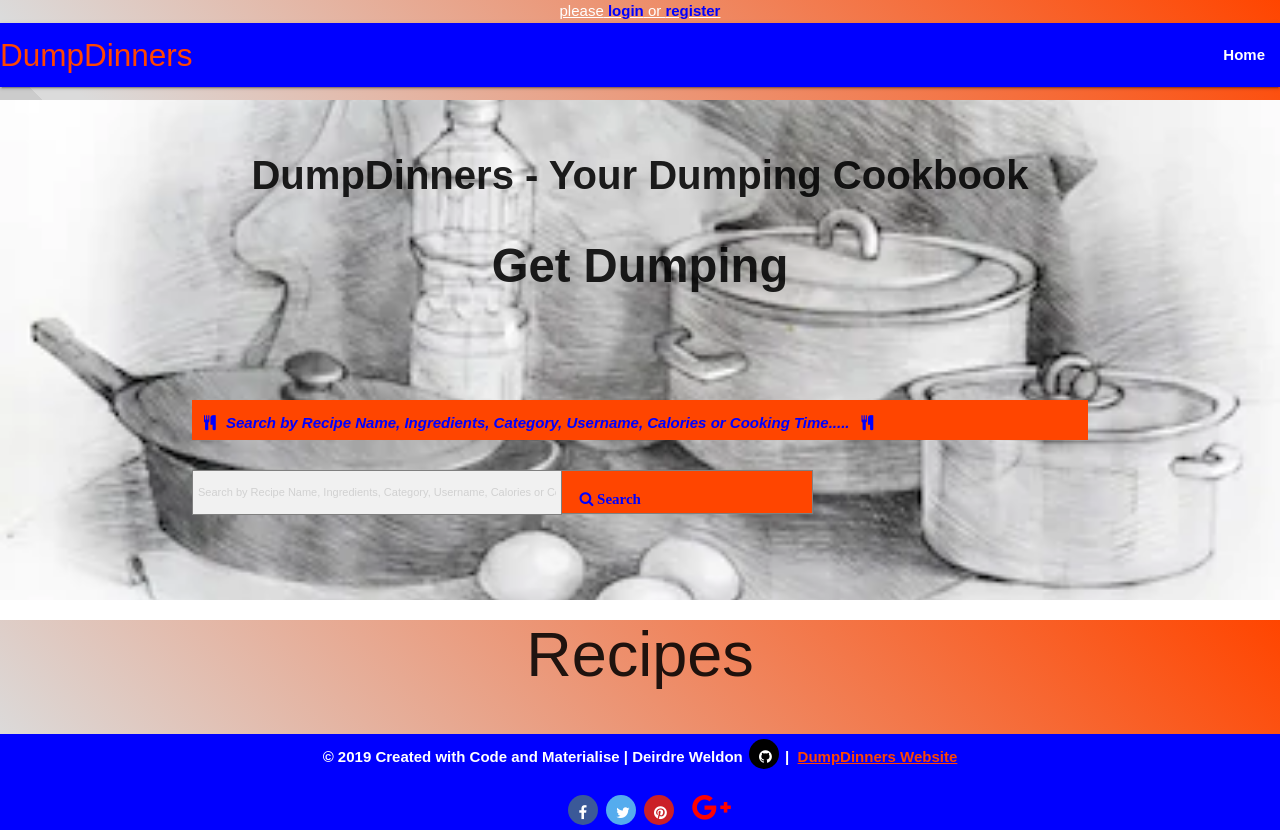
Repository: Deirdre18/dumpdinners-recipe-app
Page: http://localhost/
The author's editor kept a record of every edit. The page is drawn from the files as they stood at one moment, then again after the next edit.
The browser window is 1280 px wide. The pictures show the whole page.
Some web libraries are served in a nearby version. The page is served by the project's application, run on Flask 3 (app.py). Queries for data that is not in the repository find no rows.

Above is the page before.

### templates/allrecipes1.html
{% extends "base.html" %} {% block content %}

<h1 class="title">Recipes</h1>
{#{{referred to https://github.com/pierceoneill/code-institute-milestone-project-04/blob/master/templates/recipes.html for recipe-cards code.}}#}



<div id="recipe-cards" class="row">
    {% for recipe in recipes %}
    <div class="col s12 m4 l3 recipe-card" data-date="{{recipe.date_added}}">

        <div class="card-heading">

            <div class="card-title" style="text-align:center">
                <h6><span id="recipe_name" name="recipe_name"><i><strong>{{recipe.recipe_name}}</i></strong></span></h6>

            </div>
        </div>
        <strong><i class="fa fa-eye" aria-hidden="true" style="color:blue;font-size: 15px">&nbsp&nbsp{{recipe.views}}</i></strong>&nbsp&nbsp&nbsp&nbsp&nbsp&nbsp&nbsp&nbsp&nbsp&nbsp&nbsp&nbsp&nbsp&nbsp&nbsp&nbsp&nbsp
        <strong><i class="fa fa-heart" aria-hidden="true" style="color:red; font-size: 15px">&nbsp&nbsp{{recipe.likes}}</i></strong><br>
        <strong><i class="fa fa-cutlery"aria-hidden="true" style="color:blue;font-size: 15px">&nbsp&nbsp{{recipe.category_name}}</i><strong>


        <div class="card-image">
            <img src="{{recipe.image}}" width="200" height="200" style="margin-top" : 40%;>
        </div>


        <div class="card-body" style="white-space:normal">

            <p id="short_description"></p><strong><em>{{recipe.short_description}}</strong></em>
            </p>

        </div>

        <h6 class="view-and-share"><strong> View and Share!</strong>
        </h6>
        <p class=shares "col s4 m3 l3" style="white-space:normal">

            <i class="fa fa-facebook" aria-hidden="true"></i>
            <i class="fa fa-twitter" aria-hidden="true" style="color: light-blue"></i>
             <i class="fa fa-pinterest" aria-hidden="true"></i>
             <i class="fa fa-google-plus" style="font-size:30px; color:red"></i>
        </p>

        <div class="card-footer" style="white-space:normal">



            <div class="card-action">
                <a href="/recipe/{{ recipe._id }}"> <button class="btn waves-effect waves-light" type="submit" style="background-color:orangered" name="action">See More
                <i class="material-icons right">view_list</i>
             </button></a>
                <br><br><br>

            </div>

        </div>




        <!-- more display -->
    </div>
    {% endfor %}

    {% endblock %}

### templates/base.html
<!DOCTYPE html>
<html>

<head>
    <!--referred to this link for downloading bootstrap, as well as previous CI tutorials - https://forums.fedoraforum.org/showthread.php?314148-How-to-download-bootstrap-->

    <meta charset="UTF-8">
    <meta name="viewport" content="width=device-width, user-scalable=no, initial-scale=1.0, maximum-scale=1.0, minimum-scale=1.0">
    <meta http-equiv="X-UA-Compatible" content="ie=edge">
    <title>{{ title }} - DumpDinners</title>
    <link href="https://fonts.googleapis.com/icon?family=Material+Icons" rel="stylesheet">
    <link rel="stylesheet" href="https://cdnjs.cloudflare.com/ajax/libs/materialize/0.100.2/css/materialize.min.css">
    <link rel="stylesheet" href="{{url_for('static', filename='social-share-kit.css')}}" type="text/css" />
    <link rel="stylesheet" href="{{url_for('static', filename='styles.css')}}" type="text/css" />

    <!--referred to this for favicon - https://www.flaticon.com/-->

    <link rel="icon" type="image/ico" href="/static/images/favicon.ico" />
    <link rel="stylesheet" href="https://cdnjs.cloudflare.com/ajax/libs/font-awesome/4.7.0/css/font-awesome.min.css">

    <style>
        body {
            font-family: Arial;
        }
        * {
            box-sizing: border-box;
        }
        form.example input[type=text] {
            padding: 5px;
            font-size: 11px;
            border: 1px solid grey;
            float: left;
            width: 4%;
            height: 1%;
            background: #f1f1f1;
        }
        form.example button {
            float: left;
            width: 2%;
            height: 2%;
            padding: 5px;
            background: #2196F3;
            color: white;
            font-size: 11px;
            border: 1px solid grey;
            border-left: none;
            cursor: pointer;
        }
        form.example button:hover {
            background: #0b7dda;
        }
        form.example::after {
            content: "";
            clear: both;
            display: table;
        }
    </style>



</head>

<body>

    <style scoped>
        .pattern {
            min-height: 100px;
        }
        #stripes4 {
            background-image: repeating-linear-gradient(45deg, #ccc, #ccc 30px, #dbdbdb 30px, #dbdbdb 60px, orangered);
        }
    </style>

    <!--to give background gradient color, referred to https://www.quackit.com/css/codes/patterns/css_background_stripes.cfm-->

    <div id="stripes4" class="pattern">


        <!--referred to code from Spence Barribal's github project for username in session below (Student at Code Institute).-->

        {% if 'username' in session %}
        <div class="text-light font-italic bg-dark pt-2 pr-4" style="text-align:center; color:blue"><strong>welcome back, {{ session['username'] }}</strong>
        </div>

        <!--Referred to stack overflow article on centering anchors.-->

        <div class="display:block; text-align: center">
            <a href="{{ url_for('add_recipe') }}" <button class="btn waves-effect waves-light" type="submit" style="background-color:orangered" name="action"><strong>Add Recipe</strong>
                <i class="material-icons right">playlist_add</i>
             </button></div></a>



            <div class="display:block; text-align: center">
                <a href="{{ url_for( 'logout') }}" style="text-decoration:underline; color:blue; text-align:center,color:blue"><strong>Logout</strong></a>
            </div>

            <div class="display:block; text-align: center">
                <a href="{{ url_for( 'allrecipes') }}" style="text-decoration:underline;color:blue; text-align:center"><strong>Home</strong></a>

            </div>

            {% else %}

            <div class="login" style="text-align:center;text-decoration:underline; color:white">please<a href="{{ url_for('login') }}" style="color:blue"><strong> login</a></strong> or <a href="{{ url_for('register') }}" style="color:blue"><strong> register</strong></a>
            </div>
            {% endif %}

            <nav>
                <div class="nav-wrapper">
                    <a class="brand-logo" style="color:orangered">DumpDinners</a>
                    <a href="#" data-activates="mobile-demo" class="button-collapse"><i class="material-icons">menu</i></a>
                    <ul id="nav-mobile" class="right hide-on-med-and-down">

                        {% if 'username' not in session %}

                        <li class="nav-item">
                            <a href="{{ url_for('index') }}" style="color:white"><strong>Home</a></strong>
                        </li>


                        {% endif %}

                    </ul>
                </div>

            </nav>
            <!--referred to https://www.w3schools.com/howto/howto_css_search_button.asp-->

            {% if 'username' in session %}
            <ul class="sidenav" id="mobile-demo">
                <li class="nav-item">
                    <a href="{{ url_for('allrecipes') }}" style="color:orangered;text-decoration:underline"><strong>Home</strong></a>
                </li>
                {% endif %}


            </ul>
        </div>

        <div id="index-banner" class="parallax-container">
            <div class="section no-pad-bot">
                <div class="container">

                    <div class="parallax">
                        <img src="{{ url_for('static', filename='uploads/' + 'still-life.jpg') }}">
                    </div>

                    <h2 class="header center" class="header"><small><strong>DumpDinners - Your Dumping Cookbook</strong></small></h2>

                    <h1 class="header center" class="header"><small><strong>Get Dumping</strong></small></h1>
                    <br><br><br>


                    <!--/*referred to https://www.w3schools.com/howto/howto_css_search_button.asp*/-->

                    <div class="search-container">

                         <h6 class="lead-search" style="background-color:orangered; color:blue; text-align:left"><strong><i><i class="fa fa-cutlery" style="font-size: 15px"></i>Search by Recipe Name, Ingredients, Category, Username, Calories or Cooking Time.....</i></strong><i class="fa fa-cutlery" style="font-size: 15px"></i></h6><br>


                         <form class="example" action="{{ url_for('search') }}">
                            <input type="text" placeholder="Search by Recipe Name, Ingredients, Category, Username, Calories or Cooking Time...." required name="query" style="margin-top:1px; width:40%; height:3em !important" style="color:black">
                            <div id="search">
                                <button type="submit" style="margin-top:1px; width:28%; height:4em !important; background-color:orangered"><strong><i class="fa fa-search" style="font-size:15px;float:left;color:blue"><strong>&nbspSearch</strong></i></button>
                            </div>

                            </form>

                    </div>
                </div>
            </div>
            <!--Referred to this link for adding photos dynamically. https://stackoverflow.com/questions/40877272/jinja2-not-displaying-the-images-->
        </div>
        <div id="stripes4" class="pattern">
            {% block content %}{% endblock %}
        </div>
        <script src="https://ajax.googleapis.com/ajax/libs/jquery/3.4.1/jquery.min.js"></script>
        <script src="https://cdnjs.cloudflare.com/ajax/libs/jquery/3.2.1/jquery.min.js"></script>
        <script src="https://cdnjs.cloudflare.com/ajax/libs/materialize/0.100.2/js/materialize.min.js"></script>
        <!--<script src="assets/js/social-share-kit.js"></script>-->
        <!--<script src="assets/js/social-share-kit.min.js"></script>-->
        <script type="text/javascript">
            $(document).ready(function() {
                $(".button-collapse").sideNav();
            });
        </script>
        <script type="text/javascript">
            $('.datepicker').pickadate({
                selectMonths: true, // Creates a dropdown to control month
                selectYears: 15, // Creates a dropdown of 15 years to control year,
                today: 'Today',
                clear: 'Clear',
                close: 'Ok',
                closeOnSelect: false // Close upon selecting a date,
            });
        </script>
        <script>
            $(document).ready(function() {
                $('.parallax').parallax();
            });
        </script>
        <!-- jquery to activate buttons -->
        <script type="text/javascript">
            $(document).ready(function() {
                $('.collapsible').collapsible();
                $('select').material_select();
            });
        </script>
        <!--// to create footer referred to https://www.w3schools.com/howto/tryit.asp?filename=tryhow_css_fixed_footer. For flexible footer referred to https://materializecss.com/footer.html // decided to make footer fixed rather than flexible-->
        <style>
            .footer {
                margin-top: 1px;
                display: fixed;
                min-height: 3vh;
                flex-direction: column;
                text-align: center;
                background-color: blue;
                color: white;
            }
            main {
                flex: 1 0 auto;
            }
            .container {
                margin-top: 15px;
                margin-bottom: 3px;
            }
        </style>
        <style>
            .fa {
                padding: 10px;
                font-size: 15px;
                width: 30px;
                text-decoration: none;
                margin: 5px 2px;
                border-radius: 50%;
                height: 30px;
            }
            .fa:hover {
                opacity: 0.7;
            }
            .fa-facebook {
                background: #3B5998;
                color: white;
                text-align: center;
            }
            .fa-twitter {
                background: #55ACEE;
                color: white;
                text-align: center;
            }
            .fa-youtube {
                background: #bb0000;
                color: white;
                text-align: center;
            }
            .fa-pinterest {
                background: #cb2027;
                color: white;
                text-align: center;
            }
            .fa-github {
                background: black;
                color: white;
                text-align: center;
                font-size: 15px;
            }
            strong {
                font-weight: bold;
            }
        </style>
        <div class="footer">
            <div class="container">
                <!--created blank spaces, referred to https://www.computerhope.com/jargon/n/nbsp.htm-->
                © 2019 Created with Code and Materialise&nbsp| Deirdre Weldon <a href="https://github.com/" class="fa fa-github"></a> |&nbsp
                <a href="https://dumpdinners-recipe-app.herokuapp.com/" style="color:orangered; text-decoration: underline">DumpDinners Website
        </div>
        <!--for social media icons and styles referred to https://www.w3schools.com/howto/howto_css_social_media_buttons.asp    -->
        <!-- Add font awesome icons -->
        <a href="https://www.facebook.com/" class="fa fa-facebook"></a>
                <a href="https://www.twitter.com/" class="fa fa-twitter"></a>
                <a href="https://www.pinterest.com/" class="fa fa-pinterest"></a>
                <a href="https://plus.google.com/" class="fa fa-google-plus" style="font-size:30px; color:red"></a>
            </div>
</body>
</html>

### app.py
import os
import re
from flask import Flask, render_template, redirect, request, url_for, session, flash
import json
from flask_pymongo import PyMongo
import pymongo
from pymongo import MongoClient
from bson.objectid import ObjectId


from werkzeug.security import generate_password_hash, check_password_hash


app = Flask(__name__)

app.secret_key = "randomstring123"



if app.config['DEBUG'] == True:
    from config import dbconfig
    app.config["MONGO_DBNAME"] = 'dumpdinners'
    app.config["MONGO_URI"] = dbconfig()
else:
    app.config['MONGO_URI'] = os.environ.get("MONGO_URI")
    app.config['MONGO_DBNAME'] = os.environ.get("MONGO_DBNAME")

mongo = PyMongo(app)


@app.route('/')
@app.route('/index')
def index():
    """Home page the gets 4 recipes from DB that have been viewed the most"""
    four_recipes = mongo.db.recipes.find().limit(4)
    return render_template('allrecipes1.html', recipes=four_recipes)

@app.route('/allrecipes')
def allrecipes():
    recipes = mongo.db.recipes.find()
    return render_template('allrecipes.html', recipes=recipes)

@app.route('/allrecipes1')
def allrecipes1():
    recipes = mongo.db.recipes.find()
    four_recipes = mongo.db.recipes.find().limit(4)
    return render_template('allrecipes1.html', recipes=four_recipes)

@app.route('/add_recipe')
def add_recipe():
    recipes = mongo.db.recipes.find()
    return render_template('addrecipe.html',
        recipes=mongo.db.categories.find())



@app.route('/insert_recipe', methods=['POST'])
def insert_recipe():
    recipes = mongo.db.recipes
    recipes.insert_one(request.form.to_dict())
    flash ("Thank you, your recipe has been inserted!")
    return render_template('recipe.html', recipe=recipe)




@app.route('/edit_recipe/<recipe_id>', methods=['GET', 'POST'])
def edit_recipe(recipe_id):
    """Allows logged in user to edit their own recipes"""
    recipe_db = mongo.db.recipes.find_one_or_404({'_id': ObjectId(recipe_id)})
    all_categories =  mongo.db.categories.find()
    if request.method == 'GET':

        return render_template('editrecipe.html', recipe=recipe_db, categories=all_categories)


# referred to this article for advice on 'views' - https://stackoverflow.com/questions/5782311/mongodb-inc-embedded-value-syntax

@app.route('/update_recipe/<recipe_id>', methods=["POST"])
def update_recipe(recipe_id):
    recipes = mongo.db.recipes
    recipes.update( {'_id': ObjectId(recipe_id)},
    {
        '$set': {

        'recipe_name':request.form.get('recipe_name'),
        'ingredients':request.form.get('ingredients'),
        'image': request.form.get('image'),
        'category_name': request.form.get('category_name'),
        'username': request.form.get('username'),
        'methods': request.form.get('methods'),
        'short_description': request.form.get('short_description'),
        'date_added': request.form.get('date_added'),
        'is_vegetarian': request.form.get('is_vegetarian'),
        'views':1,
        'likes':1

        }
    })
    return redirect(url_for('allrecipes'))




@app.route('/delete_recipe/<recipe_id>')
def delete_recipe(recipe_id):
    mongo.db.recipes.remove({'_id': ObjectId(recipe_id)})
    return redirect(url_for('allrecipes'))

@app.route('/search')
def search():
    """Provides logic for search bar"""
    orig_query = request.args['query']
    # using regular expression setting option for any case
    query = {'$regex': re.compile('.*{}.*'.format(orig_query)), '$options': 'i'}
    # find instances of the entered word in title, tags or ingredients
    results = mongo.db.recipes.find({
        '$or': [
            {'recipe_name': query},
            {'ingredients': query},
            {'recipe_name': query},
            {'category_name': query},
            {'calories': query},
            {'cooking_time': query}
        ]
    })
    return render_template('search.html', query=orig_query, results=results)


@app.route('/recipe/<recipe_id>')
def recipe(recipe_id):

    """Shows full recipe and increments view"""
    mongo.db.recipes.find_one_and_update(
        {'_id': ObjectId(recipe_id)},
        { '$inc': { 'views': 1}}



    )
    recipe_db = mongo.db.recipes.find_one_or_404({'_id': ObjectId(recipe_id)})
    return render_template('recipe.html', recipe=recipe_db)

# routing for likes

@app.route('/likes/<recipe_id>')
def likes(recipe_id):

    """Shows full recipe and increments view"""
    mongo.db.recipes.find_one_and_update(
        {'_id': ObjectId(recipe_id)},
        { '$inc': { 'likes': 1}}



    )
    recipe_db = mongo.db.recipes.find_one_or_404({'_id': ObjectId(recipe_id)})
    return redirect(url_for('allrecipes1'))

#Copied routing for login from Deborah Thompson, student at Code Institute for login routing - #https://github.com/debbiect246/recipe-app#


@app.route('/login', methods=["GET","POST"])
def login():
    if request.method == 'POST':
        login_user = mongo.db.register.find_one({'username': request.form['username']})
        form = request.form
        if login_user:
            if(form["password"] == login_user["password"]): # if password correct
                session['username'] = login_user["username"]
                return redirect(url_for('allrecipes',register_id = login_user["_id"]))
            else: # and if password is not correct
               flash("Incorrect password, please try again or register")
        else:# if user does not exist
            flash("User does not exist")
            return redirect(url_for('register'))
    return render_template('login.html')


#Copied routing for register from Deborah Thompson, student at Code Institute for login routing - #https://github.com/debbiect246/recipe-app#

@app.route('/register', methods=['POST','GET'])
def register():
    if request.method == 'POST':
        register = mongo.db.register
        register_id = register.insert_one(request.form.to_dict())
        # print(register)
        object_id = register_id.inserted_id
        flash("Thank you for registering, please login to view more recipes and add your own!")
        return redirect(url_for('login'))
    return render_template('register.html')




#Copied routing for allrecipeslist from Deborah Thompson, student at Code Institute for login routing - #https://github.com/debbiect246/recipe-app#


@app.route('/logout')
def logout():
    """Clears session and redirects to home"""

    session.clear()
    flash ("Thank you, hope to see you again soon!")
    return redirect(url_for('login'))




if __name__ == '__main__':
    app.run(host=os.environ.get('IP'),
        port=int(os.environ.get('PORT')))

### static/styles.css
.card-body {
    width: 75%;
    margin-left: 0;
    left: auto;
    right: auto;
    white-space: pre-wrap;
}

#search [type="search"] [name="query"]
{
     height: 30px;
     width: 50px;
}


h3 {margin-top: 10%}

.main { margin-top: 20px;}

.card-image {width:25%;}

h5 .lead-search {margin-bottom: 0}

p .heading {margin-top: 30%;}


.card-image {white-space: pre-wrap;
            margin-bottom: -80px;
}


h1 {text-align: center;
    margin-top: 20px;

}

p {margin-top: 20%;}



.nav-wrapper {background-color: blue;}

#Add {color: indigo;
}

#View {color: indigo;
}

.brand-logo{text-align:left;}

.btn_small {
    height: 24px;
    width: 60px;
    line-height: 24px;
    margin: 5px 5px;
    padding: 0 0.5em;
}

Loaded but not shown: static/social-share-kit.css (no copy from this time; the picture is the same without it)

After the next edit:
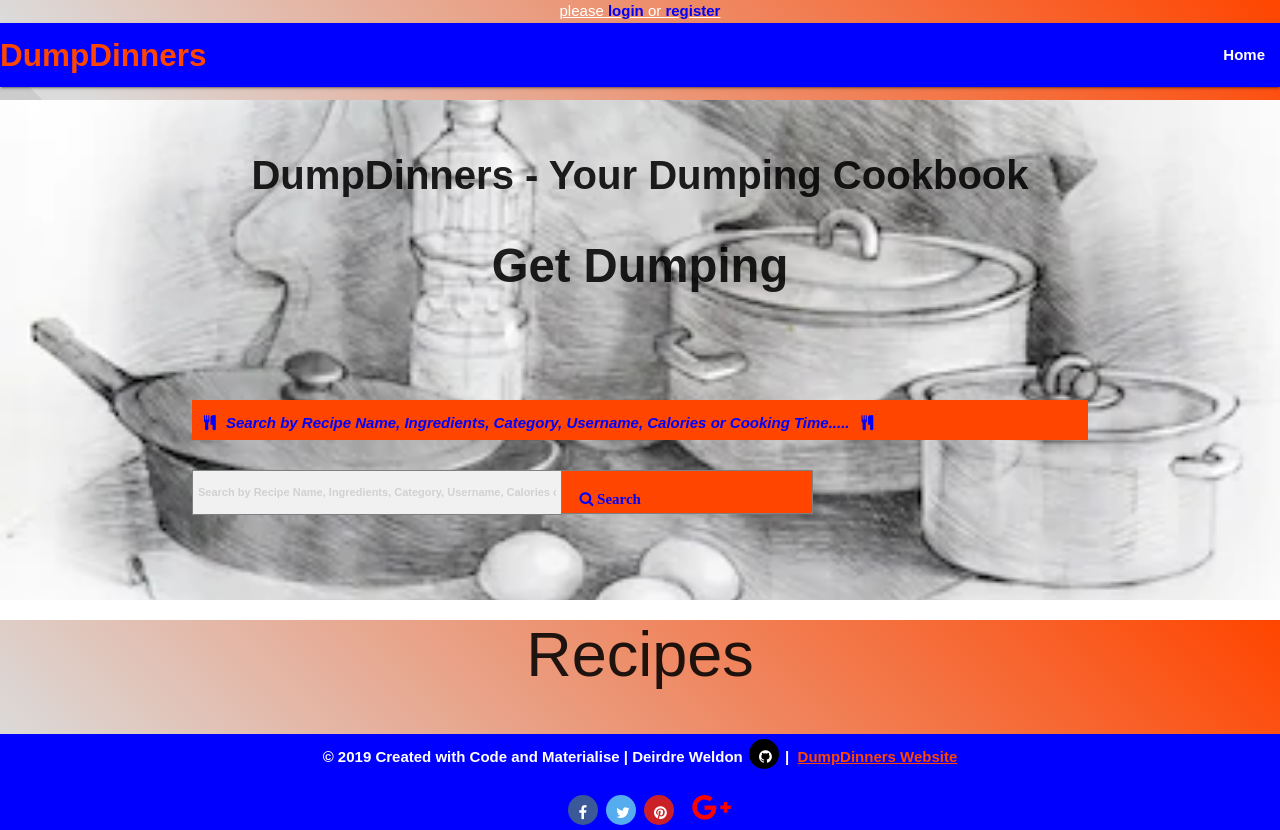
The edit:
--- a/templates/base.html
+++ b/templates/base.html
@@ -108,7 +108,7 @@
 
             <nav>
                 <div class="nav-wrapper">
-                    <a class="brand-logo" style="color:orangered">DumpDinners</a>
+                    <a class="brand-logo" style="color:orangered"><strong>DumpDinners<strong></a>
                     <a href="#" data-activates="mobile-demo" class="button-collapse"><i class="material-icons">menu</i></a>
                     <ul id="nav-mobile" class="right hide-on-med-and-down">
 
